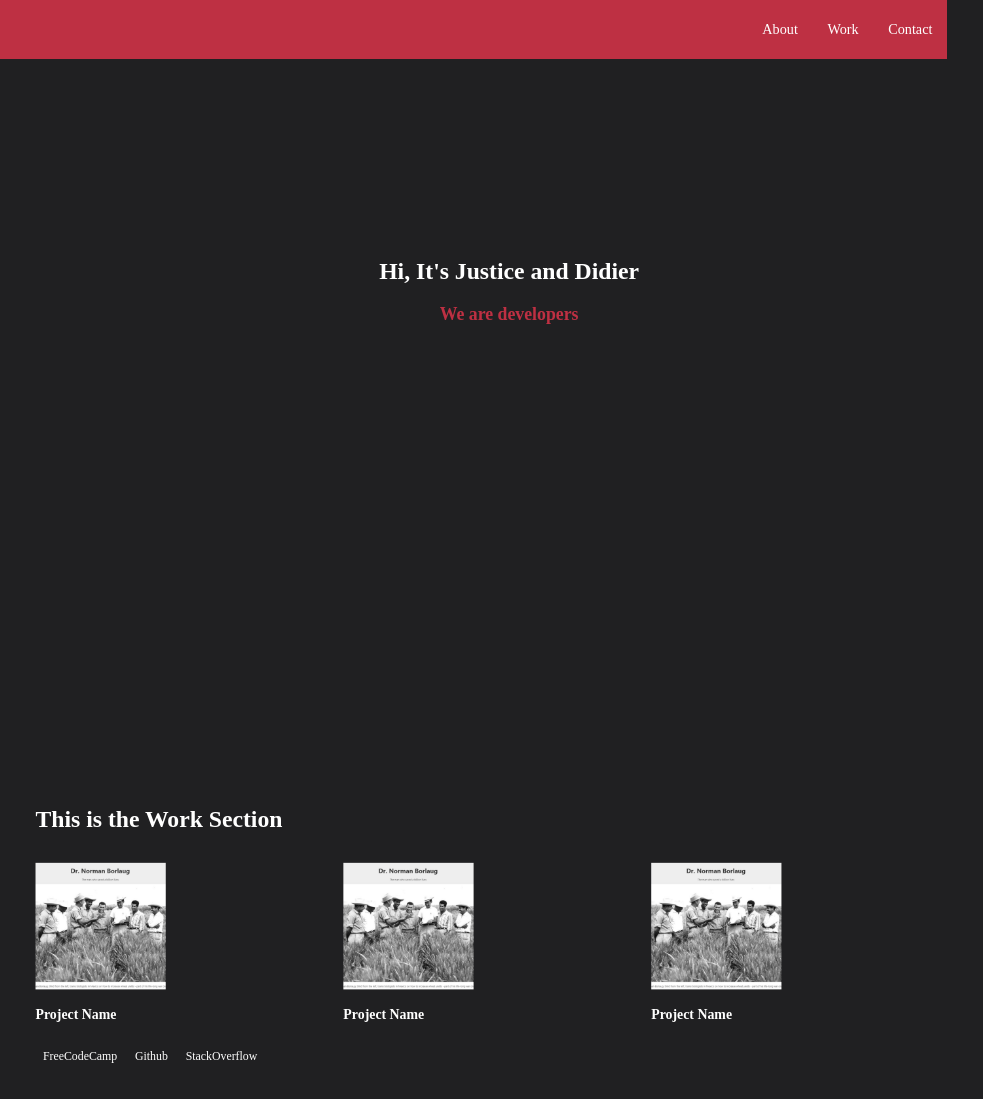
Repository: justicebhekani88/microverse_portfolio_project
Page: index.html
An editor plug-in stored every save of this project. The page is shown before and after the next save, followed by the edit.
The browser window is 1280 px wide. The page is 1328 px wide, so the pictures cover 1328 px, including what lies to the right of the window. The pictures show the whole page, at 74% of full size.

Above is the page before, as saved 2022-07-21 15:21:02.

After the next save:
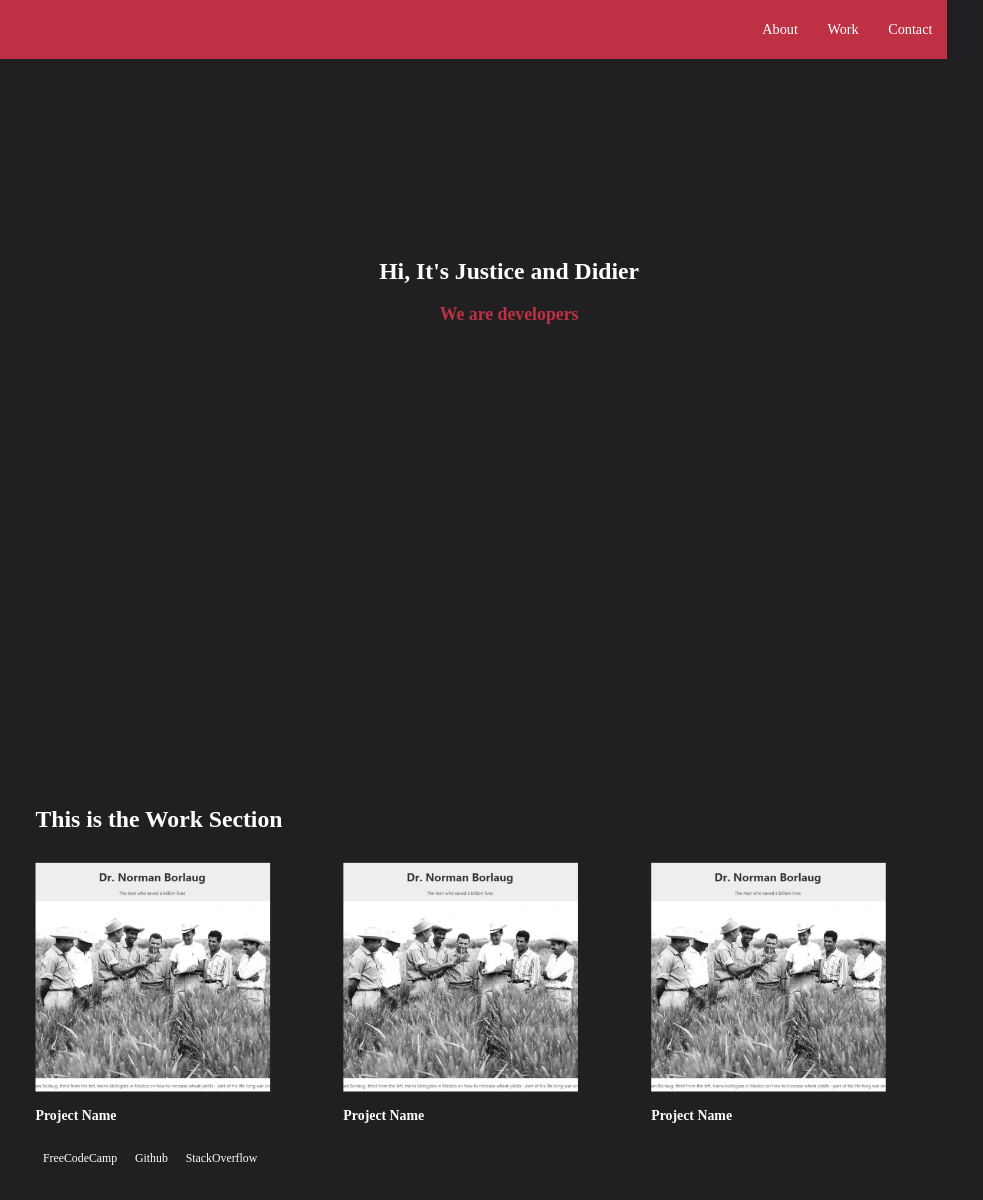
Saved 17 s later.
--- a/style.css
+++ b/style.css
@@ -56,7 +56,7 @@ h2 {
 }
 
 img {
-    width: 50%
+    width: 90%
 }
 
 @media only screen and (min-width: 600px) {
